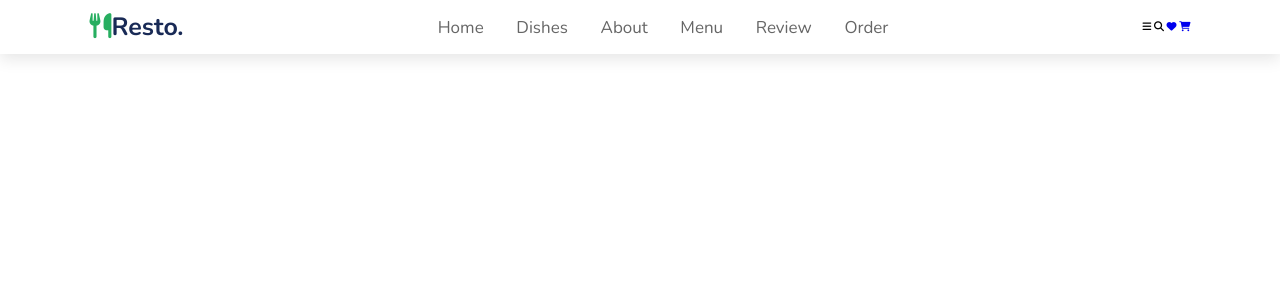
Repository: CarsonDev1/FoodWeb
Page: index.html
The author's editor kept a copy of each file at every save. The page is drawn from the files as they stood at one save, then again after the next save.
The browser window is 1280 px wide. The pictures show the whole page.
The pointer rests on the first visible `header .navbar a`.
Some web libraries are served in a nearby version.

Above is the page before, as saved 2022-05-18 17:54:07.

### index.html
<!DOCTYPE html>
<html lang="en">
  <head>
    <meta charset="UTF-8" />
    <meta http-equiv="X-UA-Compatible" content="IE=edge" />
    <meta name="viewport" content="width=device-width, initial-scale=1.0" />
    <title>Document</title>
    <!-- CSS link -->
    <link rel="stylesheet" href="./css/style.css" />
    <!-- Google font -->
    <link rel="preconnect" href="https://fonts.googleapis.com" />
    <link rel="preconnect" href="https://fonts.gstatic.com" crossorigin />
    <link
      href="https://fonts.googleapis.com/css2?family=DM+Sans:wght@700&family=Manrope:wght@400;700;800&family=Nunito:wght@200;300;400;600;700&display=swap"
      rel="stylesheet"
    />
    <!-- font awesome cdn link -->
    <link
      rel="stylesheet"
      href="https://cdnjs.cloudflare.com/ajax/libs/font-awesome/6.1.1/css/all.min.css"
    />
  </head>
  <body>
    <!-- Header section start -->
    <header>
      <a href="#" class="logo"><i class="fas fa-utensils"></i>resto.</a>
      <nav class="navbar">
        <a href="#home">home</a>
        <a href="#dishes">dishes</a>
        <a href="#about">about</a>
        <a href="#menu">menu</a>
        <a href="#review">review</a>
        <a href="#order">order</a>
      </nav>
      <div class="icons">
        <i class="fas fa-bars" id="bars"></i>
        <i class="fas fa-search" id="search-icon"></i>
        <a href="#" class="fas fa-heart"></a>
        <a href="#" class="fas fa-shopping-cart"></a>
      </div>
    </header>
    <!-- Header section end -->
    <!-- JS file link -->
    <script src="./js/app.js"></script>
  </body>
</html>

### css/style.css
:root {
  --green: #27ae60;
  --black: #192a56;
  --light-color: #666;
  --box-shadow: 0 0.5rem 1.5rem rgba(0, 0, 0, 0.1);
}
* {
  font-family: "Nunito", sans-serif;
  margin: 0;
  padding: 0;
  box-sizing: border-box;
  text-decoration: none;
  outline: none;
  border: none;
  text-transform: capitalize;
  transition: all 0.2s linear;
}
html {
  font-size: 62.5%;
  overflow-x: hidden;
  scroll-padding-top: 5.5rem;
  scroll-behavior: smooth;
}
header {
  position: fixed;
  top: 0;
  left: 0;
  right: 0;
  background: #fff;
  padding: 1rem 7%;
  display: flex;
  align-items: center;
  justify-content: space-between;
  z-index: 1000;
  box-shadow: var(--box-shadow);
}
header .logo {
  color: var(--black);
  font-size: 2.5rem;
  font-weight: bolder;
}
header .logo i {
  color: var(--green);
}
header .navbar a {
  font-size: 1.7rem;
  border-radius: 0.5rem;
  padding: 0.5rem 1.5rem;
  color: var(--light-color);
}

Loaded but not shown: js/app.js (no copy from this time; the picture is the same without it)

After the next save:
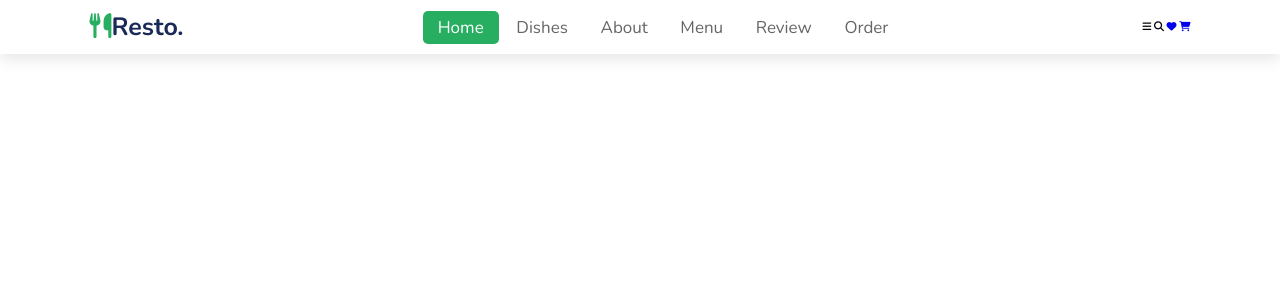
Saved 45 s later.
--- a/css/style.css
+++ b/css/style.css
@@ -48,3 +48,7 @@ header .navbar a {
   padding: 0.5rem 1.5rem;
   color: var(--light-color);
 }
+header .navbar a:hover {
+  background: var(--green);
+  color: #fff;
+}
